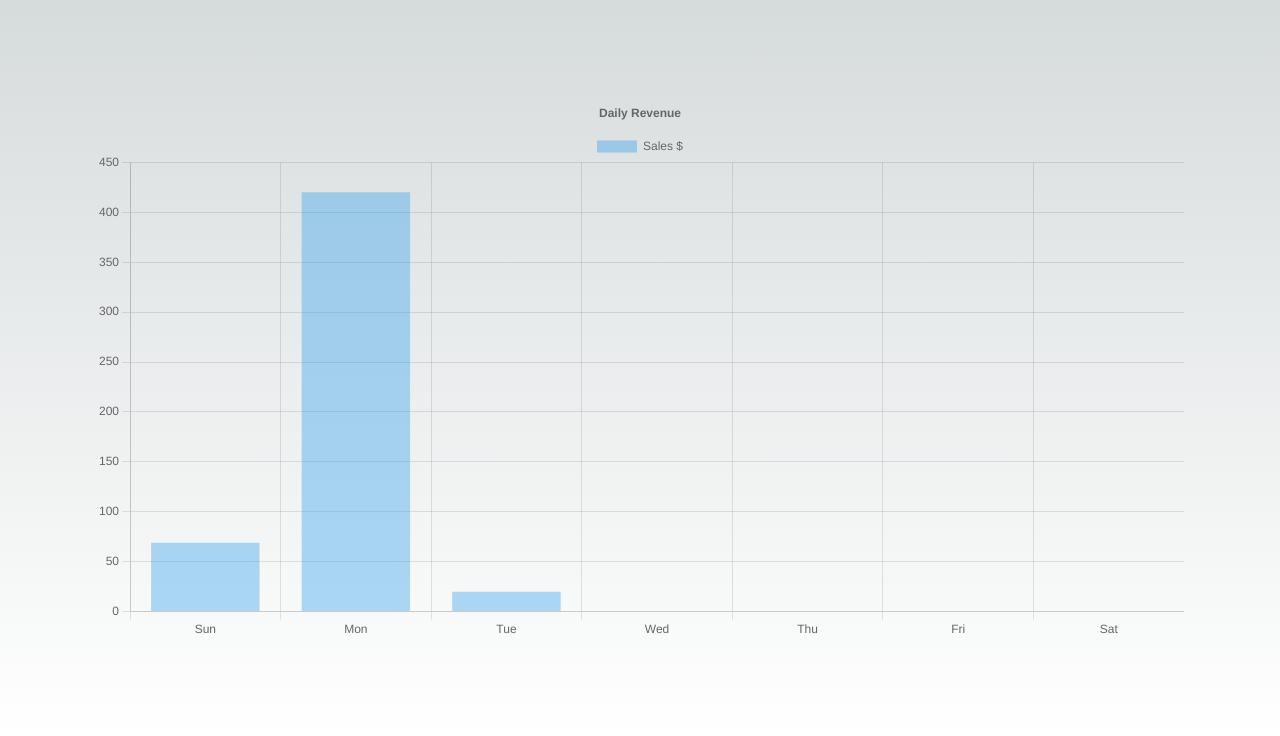
Repository: alemunden/exercise-5
Page: /
These files come from the project's save history. The page is drawn as it stood at one moment and after the next save; the edit follows.
The browser window is 1280 px wide. The pictures show the whole page.
The project was rebuilt for these pictures with package versions that can differ from the ones it lists, and the page was loaded fresh each time. The framework's server and built-in components were replaced by stand-ins that run in the browser. Also part of the build but not shown: next.config.js.

Above is the page before, as saved 2024-04-15 10:12:05.

### pages/index.js
import styles from '@/styles/Home.module.css'
import VerticalChart from '@/components/VerticalChart'

export default function Home() {
  return (
    <>
      <main className={`${styles.main}`}>
        <VerticalChart/>
      </main>
    </>
  )
}

### components/VerticalChart/index.js
import styles from './VerticalChart.module.css'
import { Bar, Line } from 'react-chartjs-2'
import {
    Chart as ChartJS,
    CategoryScale,
    LinearScale,
    BarElement,
    Title,
    Tooltip,
    Legend
} from 'chart.js'
import { useEffect, useState } from 'react'

ChartJS.register(
    CategoryScale,
    LinearScale,
    BarElement,
    Title,
    Tooltip,
    Legend
)

export default function VerticalChart() {
    const [chartData, setChartData] = useState({
        datasets: []
    })
    const [chartOptions, setChartOptions] = useState({});
    useEffect(() => {
        setChartData({
            labels: ["Sun", "Mon", "Tue", "Wed", "Thu", "Fri", "Sat"],
            datasets: [
                {
                    label: 'Sales $',
                    data: [69, 420, 20],
                    borderColor: 'rgb(53,162,235)',
                    backgroundColor: 'rgba(53,162,235,0.4)'
                }
            ]
        })
        setChartOptions({
            plugins: {
                legend: {
                    position: 'top'
                },
                title: {
                    display: true,
                    text: "Daily Revenue"
                }
            },
            maintainAspectRatio: false,
            responsive: true
        })
    }, [])
    return(
        <>
            <Bar data={chartData} options={chartOptions} style={{width: '500px', height: '300px'}} />
        </>
    )
}

Loaded but not shown: pages/_app.js (common file); pages/_document.js (common file); styles/globals.css (common file); styles/Home.module.css (common file); components/VerticalChart/VerticalChart.module.css (no stored copy; drawn as an empty file)

After the next save:
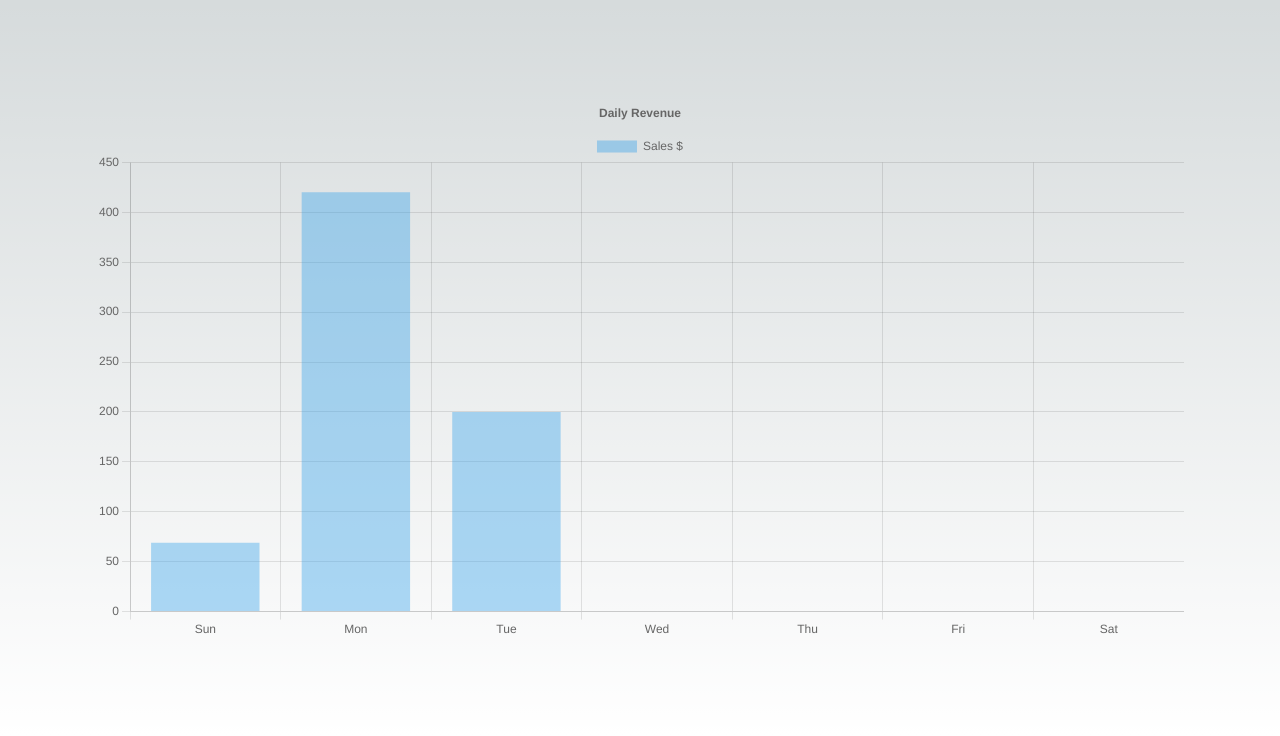
Saved 12 s later.
--- a/components/VerticalChart/index.js
+++ b/components/VerticalChart/index.js
@@ -31,7 +31,7 @@ export default function VerticalChart() {
             datasets: [
                 {
                     label: 'Sales $',
-                    data: [69, 420, 20],
+                    data: [69, 420, 200],
                     borderColor: 'rgb(53,162,235)',
                     backgroundColor: 'rgba(53,162,235,0.4)'
                 }
